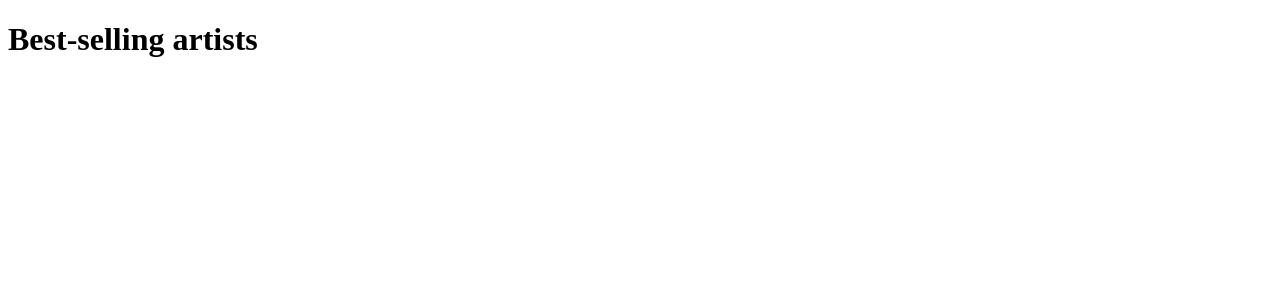
Repository: RonanKhalilOlaes/COMP3170_tamplate
Page: /
An editor plug-in stored every save of this project. The page is shown before and after the next save, followed by the edit.
The browser window is 1280 px wide. The pictures show the whole page.
The project was rebuilt for these pictures with package versions that can differ from the ones it lists, and the page was loaded fresh each time. Also part of the build but not shown: vite.config.js, src/index.css, src/components/artist.jsx.

Above is the page before, as saved 2024-09-24 20:02:11.

After the next save:
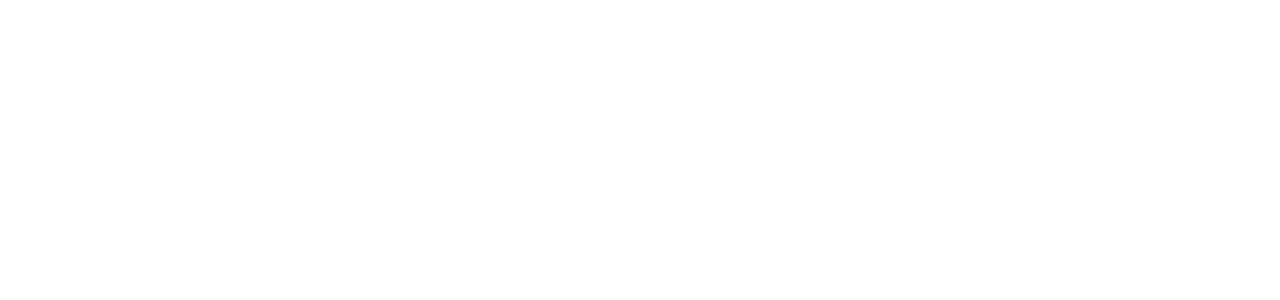
Console error (its wording comes from the project's code and is left out).
Saved 20 s later.
--- a/src/App.jsx
+++ b/src/App.jsx
@@ -1,4 +1,5 @@
 import { artists } from './best-selling-music-artists';
+import Artist from './components/artist';
 
 function App() {
 
@@ -7,7 +8,7 @@
 
       <h1>Best-selling artists</h1>
 
-
+      {artists}
 
     </div>
   );

After the save that followed:
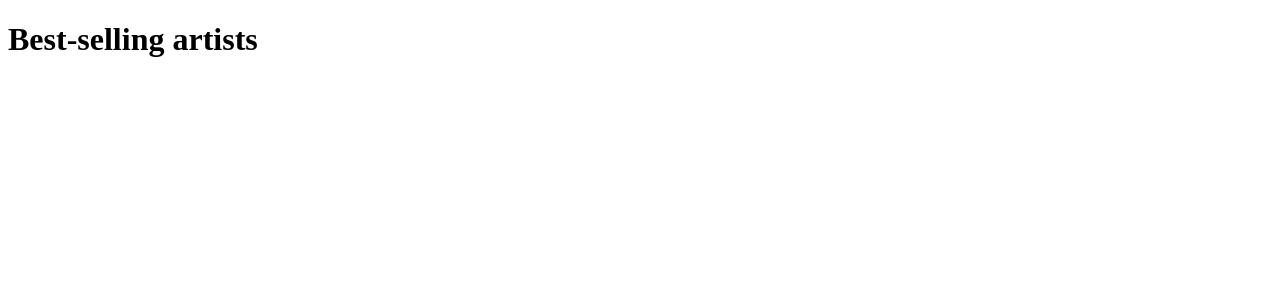
The error is gone.
Saved 65 s later.
--- a/src/App.jsx
+++ b/src/App.jsx
@@ -8,7 +8,7 @@
 
       <h1>Best-selling artists</h1>
 
-      {artists}
+
 
     </div>
   );
